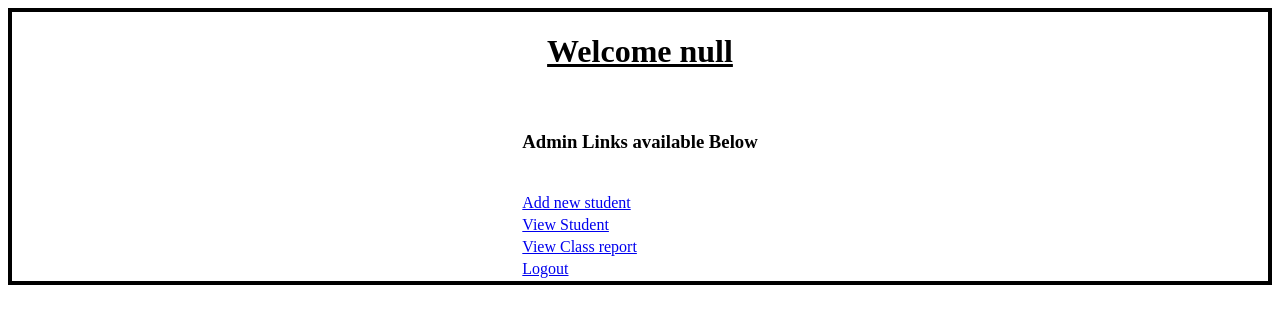
Repository: priyankagit8692/Phase_2_SimpliLearn-
Page: http://localhost/LearnerAcademyProject/MainHomePage.jsp
An editor plug-in stored every save of this project. The page is shown before and after the next save, followed by the edit.
The browser window is 1280 px wide. The pictures show the whole page.
The page is served by Tomcat 9.

Above is the page before, as saved 2021-03-17 17:47:10.

After the next save:
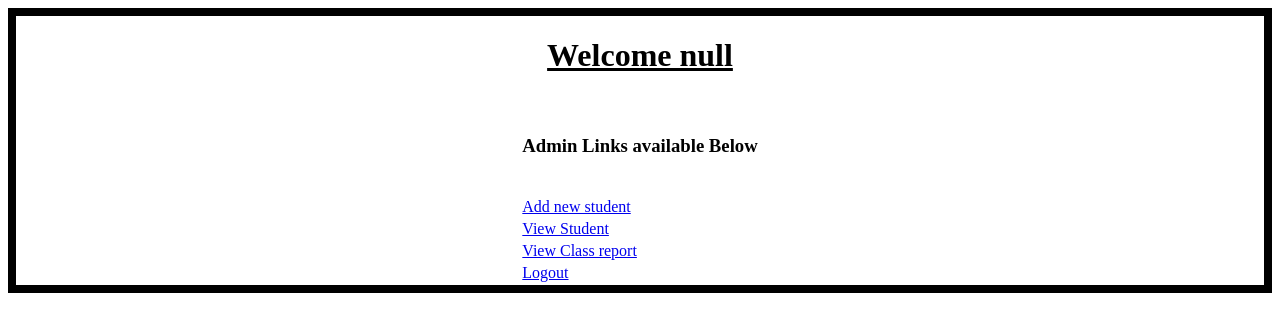
Saved 8 s later.
--- a/FinalProjectPhase2/LearnerAcademyProject/WebContent/MainHomePage.jsp
+++ b/FinalProjectPhase2/LearnerAcademyProject/WebContent/MainHomePage.jsp
@@ -6,7 +6,7 @@
 <body>
 
 
-<div align="center" style="border: solid 4px black">
+<div align="center" style="border: solid 8px black">
     <u><h1>Welcome <%= session.getAttribute("name")%></h1></u>
     <br><br>
     <table>

After the 3 saves that followed:
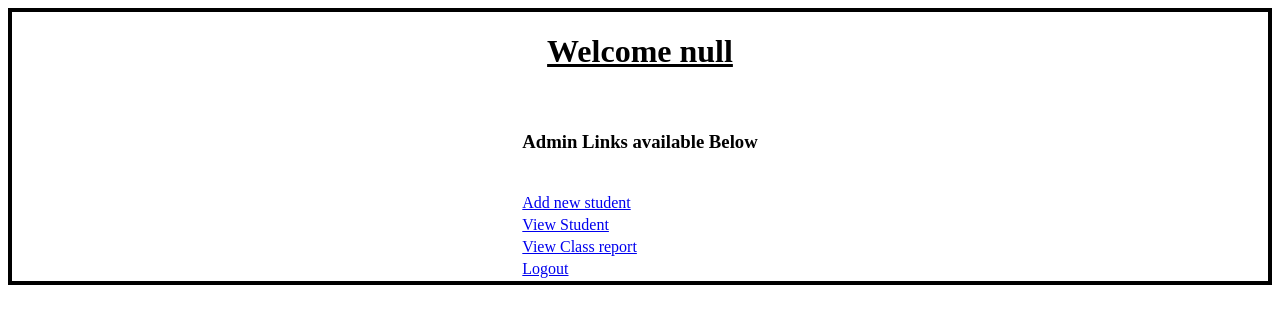
The 3 saves are shown as one change because 2 left the picture as it was.
The last was saved 5 min 20 s later.
--- a/FinalProjectPhase2/LearnerAcademyProject/WebContent/MainHomePage.jsp
+++ b/FinalProjectPhase2/LearnerAcademyProject/WebContent/MainHomePage.jsp
@@ -6,12 +6,12 @@
 <body>
 
 
-<div align="center" style="border: solid 8px black">
+<div align="center" style="border: solid 4px black">
     <u><h1>Welcome <%= session.getAttribute("name")%></h1></u>
     <br><br>
     <table>
         <tr>
-            <td><h3>Admin Links available Below</h3><br></td>
+            <u><td><h3>Admin Links available Below</h3><br></td></u>
         </tr>
         <tr>
             <td><a href="addStudent">Add new student</a></td>
